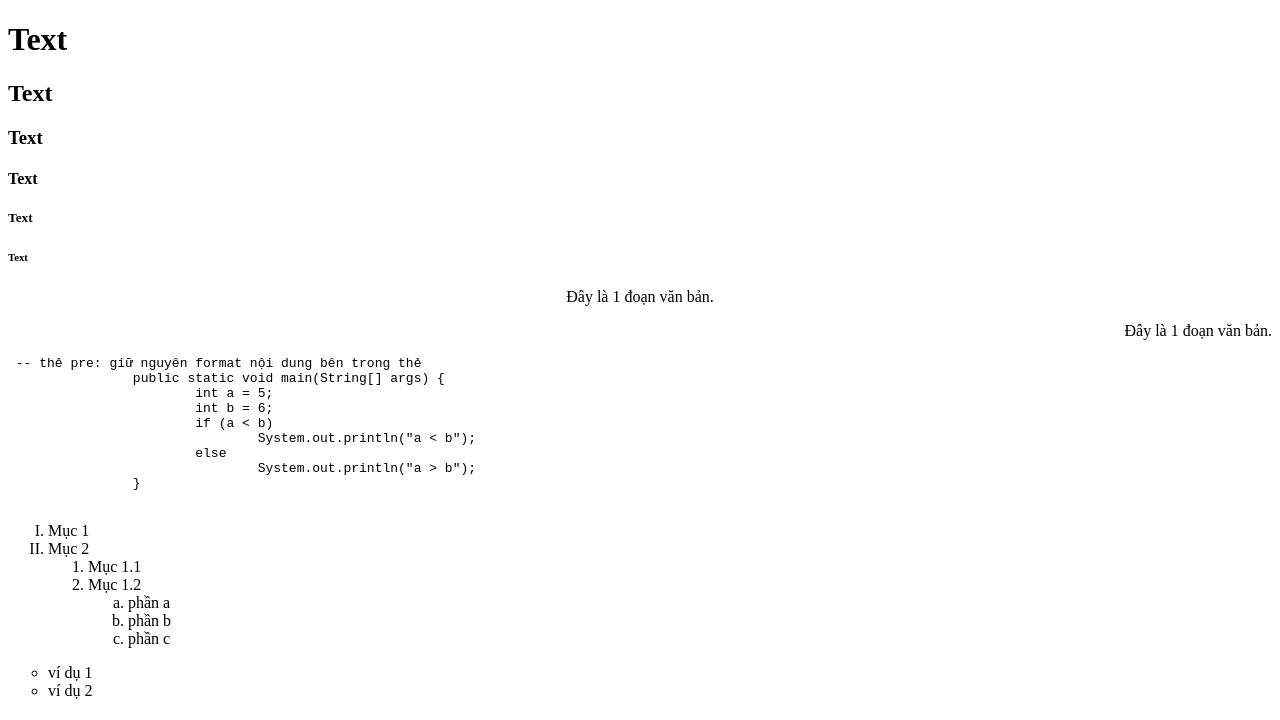
Repository: PhiKhongHoang/JSP-Servlet
Page: Bai2_HTML/src/main/webapp/vidu.html
The author's editor kept a copy of each file at every save. The page is drawn from the files as they stood at one save, then again after the next save.
The browser window is 1280 px wide. The pictures show the whole page.

Above is the page before, as saved 2024-02-16 08:40:47.

### Bai2_HTML/src/main/webapp/vidu.html
<!DOCTYPE html>
<html>
<head>
<meta charset="UTF-8">
<title>Insert title here</title>
</head>
<body>
	<h1>Text</h1>
	<!-- kích cỡ lớn nhất -->
	<h2>Text</h2>
	<h3>Text</h3>
	<h4>Text</h4>
	<h5>Text</h5>
	<h6>Text</h6>
	<!-- kích cỡ nhỏ nhất -->

	<p align="center">Đây là 1 đoạn văn bản.</p>
	<p align="right">Đây là 1 đoạn văn bản.</p>

	<pre> -- thẻ pre: giữ nguyên format nội dung bên trong thẻ
		public static void main(String[] args) {
			int a = 5;
			int b = 6;
			if (a &lt; b)
				System.out.println("a &lt; b");
			else
				System.out.println("a &gt; b");
		}
	</pre>

	<!-- List
		ol: order list: list có thứ tự
		ul: unorder list: list không có thứ tự
	 -->
	 <ol type="I">
	 	<li>Mục 1</li>
	 	<li>Mục 2
	 		<ol>
	 			<li>Mục 1.1</li>
	 			<li>Mục 1.2
	 				<ol type="a">
	 					<li>phần a</li>
	 					<li>phần b</li>
	 					<li>phần c</li>
	 				</ol>
	 			</li>
	 		</ol>
	 	</li>
	 </ol>

	 <ul type="circle">
	 	<li>ví dụ 1</li>
	 	<li>ví dụ 2</li>
	 </ul>


</body>
</html>

After the next save:
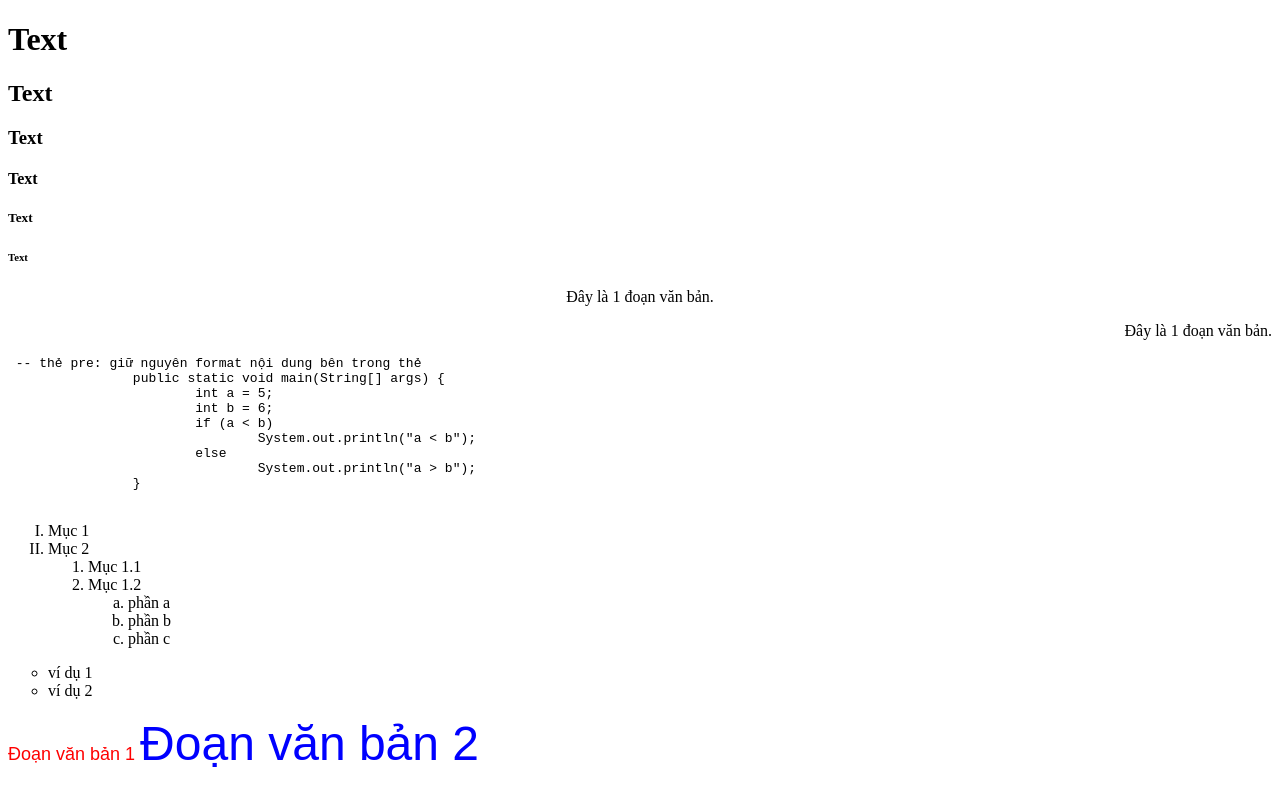
Saved 89 s later.
--- a/Bai2_HTML/src/main/webapp/vidu.html
+++ b/Bai2_HTML/src/main/webapp/vidu.html
@@ -53,6 +53,15 @@
 	 	<li>ví dụ 2</li>
 	 </ul>
 
+	 <p>
+	 	<font color="red" size="4" face="arial">
+	 		Đoạn văn bản 1
+	 	</font>
+	 	<font color="blue" size="14" face="arial">
+	 		Đoạn văn bản 2
+	 	</font>
+	 </p>
+
 
 </body>
 </html>
